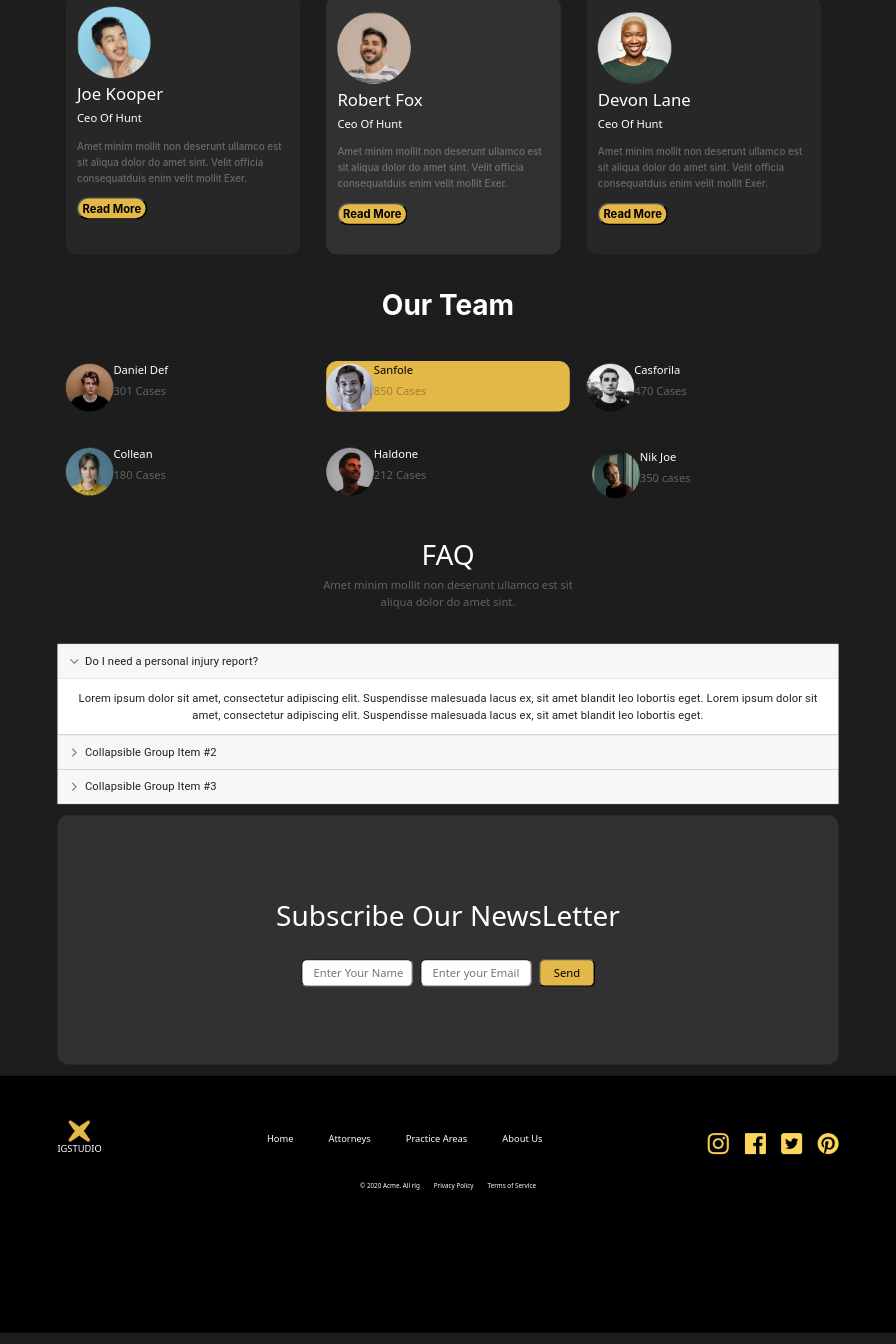
Repository: Senthil-Bala/LawFirm
Page: /
These files come from the project's save history. The page is drawn as it stood at one moment and after the next save; the edit follows.
The browser window is 1280 px wide. The pictures show the part of the page from y = 2314 to 4234 px (the page is 4234 px tall before and 4201 px after), at 70% of full size.
The project was rebuilt for these pictures with package versions that can differ from the ones it lists, and the page was loaded fresh each time. Also part of the build but not shown: src/App.css.

Above is the page before, as saved 2023-11-29 19:43:09.

After the next save:
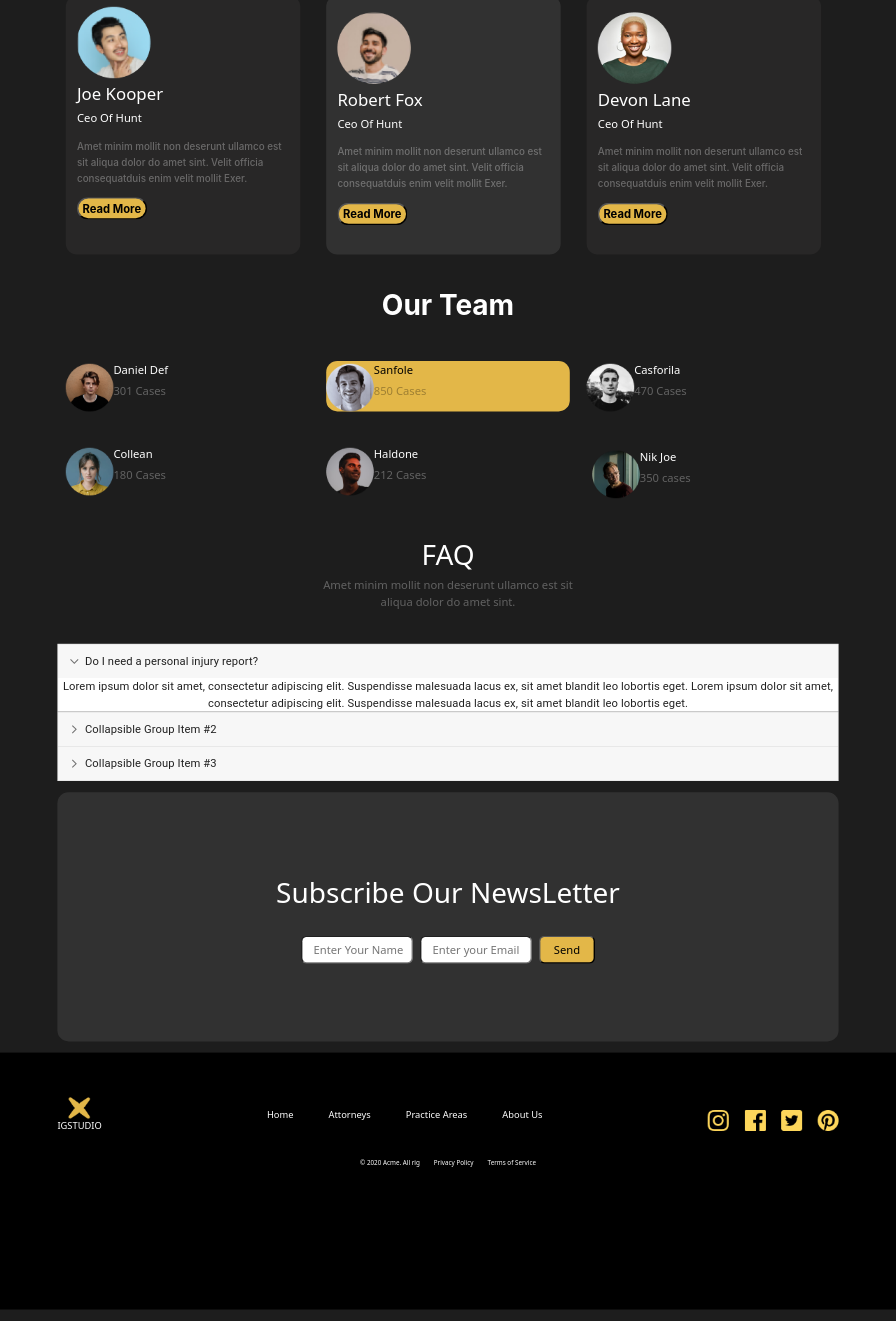
Saved 22 s later.
--- a/src/Components/Frequents/Accordionss.jsx
+++ b/src/Components/Frequents/Accordionss.jsx
@@ -55,7 +55,7 @@
         <AccordionSummary aria-controls="panel1d-content" id="panel1d-header">
           <Typography>Do I need a personal injury report?</Typography>
         </AccordionSummary>
-        <AccordionDetails>
+        <AccordionDetails class>
           <Typography>
             Lorem ipsum dolor sit amet, consectetur adipiscing elit. Suspendisse
             malesuada lacus ex, sit amet blandit leo lobortis eget. Lorem ipsum dolor
@@ -68,7 +68,7 @@
         <AccordionSummary aria-controls="panel2d-content" id="panel2d-header">
           <Typography>Collapsible Group Item #2</Typography>
         </AccordionSummary>
-        <AccordionDetails>
+        <AccordionDetails class>
           <Typography>
             Lorem ipsum dolor sit amet, consectetur adipiscing elit. Suspendisse
             malesuada lacus ex, sit amet blandit leo lobortis eget. Lorem ipsum dolor
@@ -81,7 +81,7 @@
         <AccordionSummary aria-controls="panel3d-content" id="panel3d-header">
           <Typography>Collapsible Group Item #3</Typography>
         </AccordionSummary>
-        <AccordionDetails>
+        <AccordionDetails class>
           <Typography>
             Lorem ipsum dolor sit amet, consectetur adipiscing elit. Suspendisse
             malesuada lacus ex, sit amet blandit leo lobortis eget. Lorem ipsum dolor

After the 2 saves that followed:
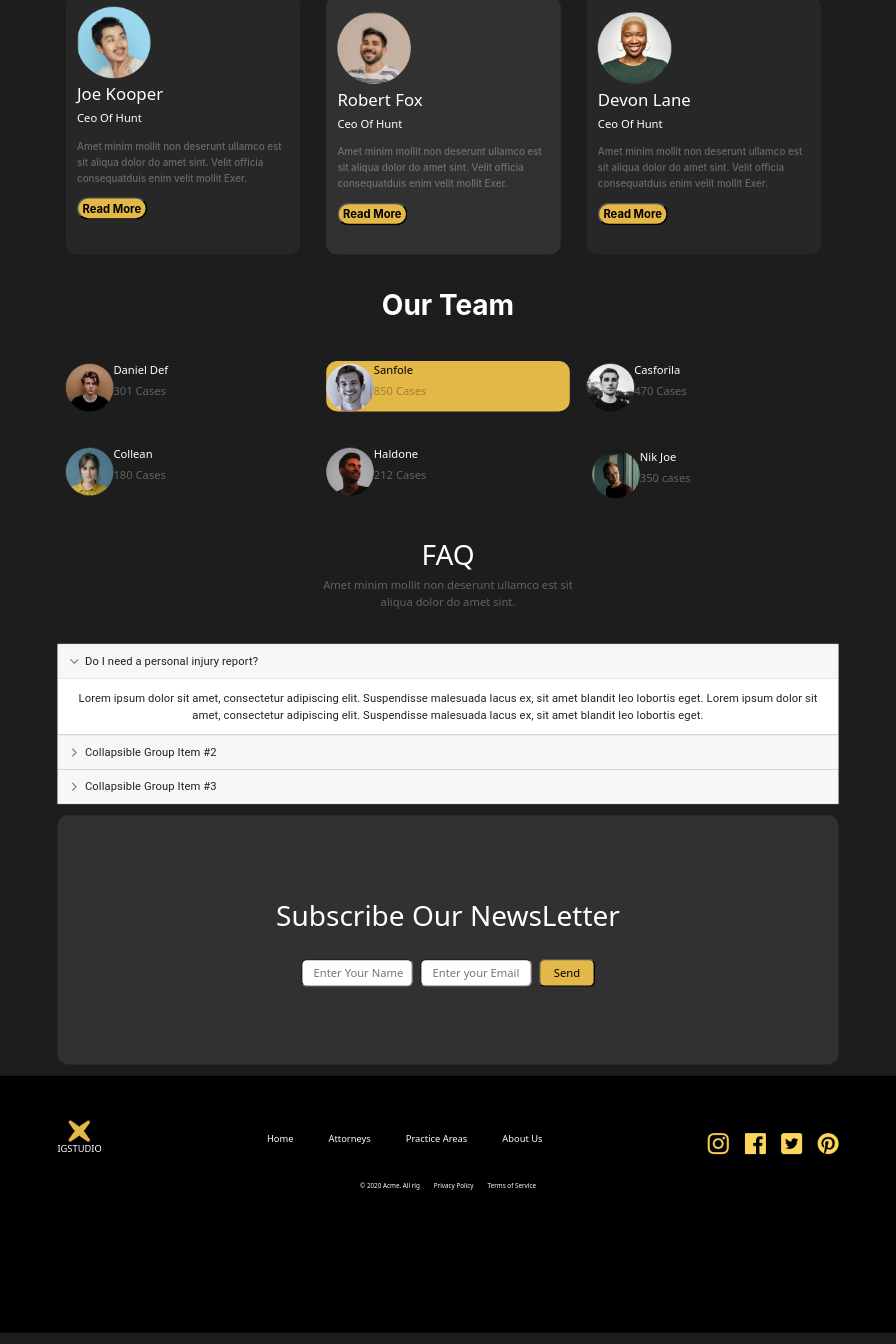
The 2 saves are shown as one change because they came seconds apart.
The last was saved 6 s later.
--- a/src/Components/Frequents/Accordionss.jsx
+++ b/src/Components/Frequents/Accordionss.jsx
@@ -55,7 +55,7 @@
         <AccordionSummary aria-controls="panel1d-content" id="panel1d-header">
           <Typography>Do I need a personal injury report?</Typography>
         </AccordionSummary>
-        <AccordionDetails class>
+        <AccordionDetails className=''>
           <Typography>
             Lorem ipsum dolor sit amet, consectetur adipiscing elit. Suspendisse
             malesuada lacus ex, sit amet blandit leo lobortis eget. Lorem ipsum dolor
@@ -68,7 +68,7 @@
         <AccordionSummary aria-controls="panel2d-content" id="panel2d-header">
           <Typography>Collapsible Group Item #2</Typography>
         </AccordionSummary>
-        <AccordionDetails class>
+        <AccordionDetails className=''>
           <Typography>
             Lorem ipsum dolor sit amet, consectetur adipiscing elit. Suspendisse
             malesuada lacus ex, sit amet blandit leo lobortis eget. Lorem ipsum dolor
@@ -81,7 +81,7 @@
         <AccordionSummary aria-controls="panel3d-content" id="panel3d-header">
           <Typography>Collapsible Group Item #3</Typography>
         </AccordionSummary>
-        <AccordionDetails class>
+        <AccordionDetails className=''>
           <Typography>
             Lorem ipsum dolor sit amet, consectetur adipiscing elit. Suspendisse
             malesuada lacus ex, sit amet blandit leo lobortis eget. Lorem ipsum dolor
